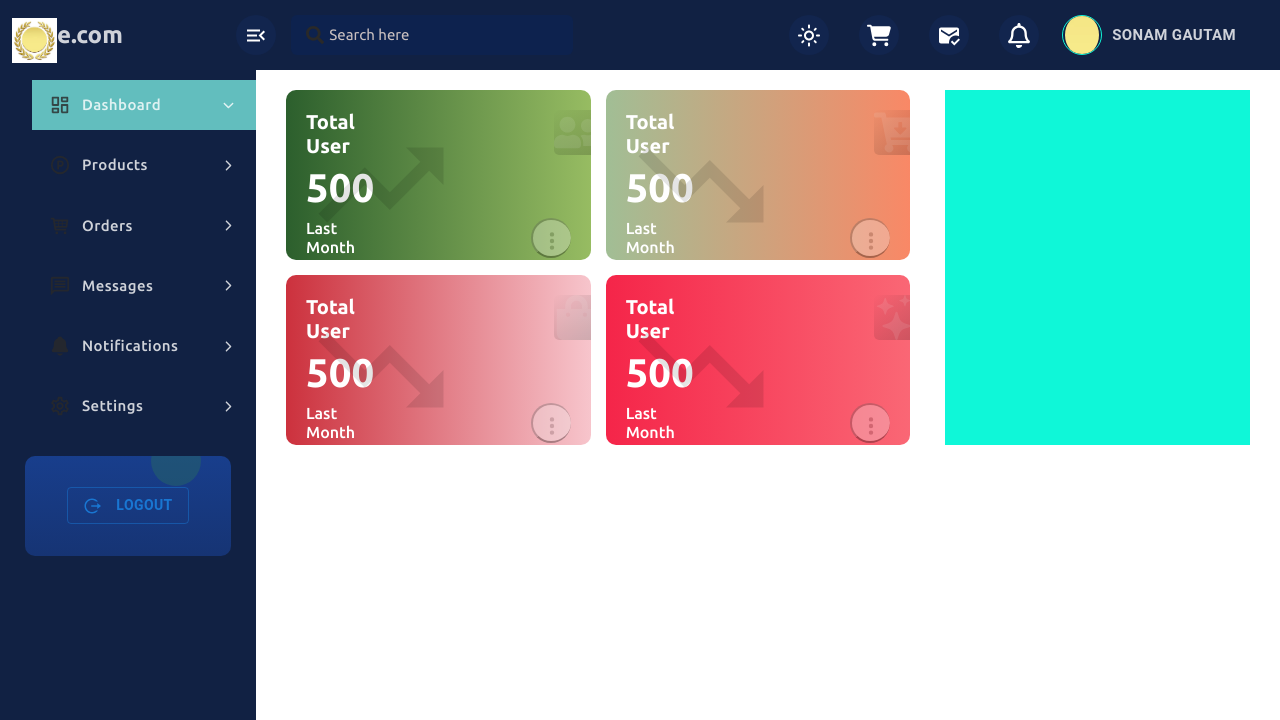
Repository: gautamsonam011/admin-react-dashboard
Page: /, after clicking the first element matching `div.col-sm-7 > button`
An editor plug-in stored every save of this project. The page is shown before and after the next save, followed by the edit.
The browser window is 1280 px wide. The pictures show the whole page.
The project was rebuilt for these pictures with package versions that can differ from the ones it lists, and the page was loaded fresh each time. Also part of the build but not shown: src/pages/Login/index.jsx, src/pages/SignUp/index.jsx.

Above is the page before, as saved 2025-04-28 23:25:43.

After the next save:
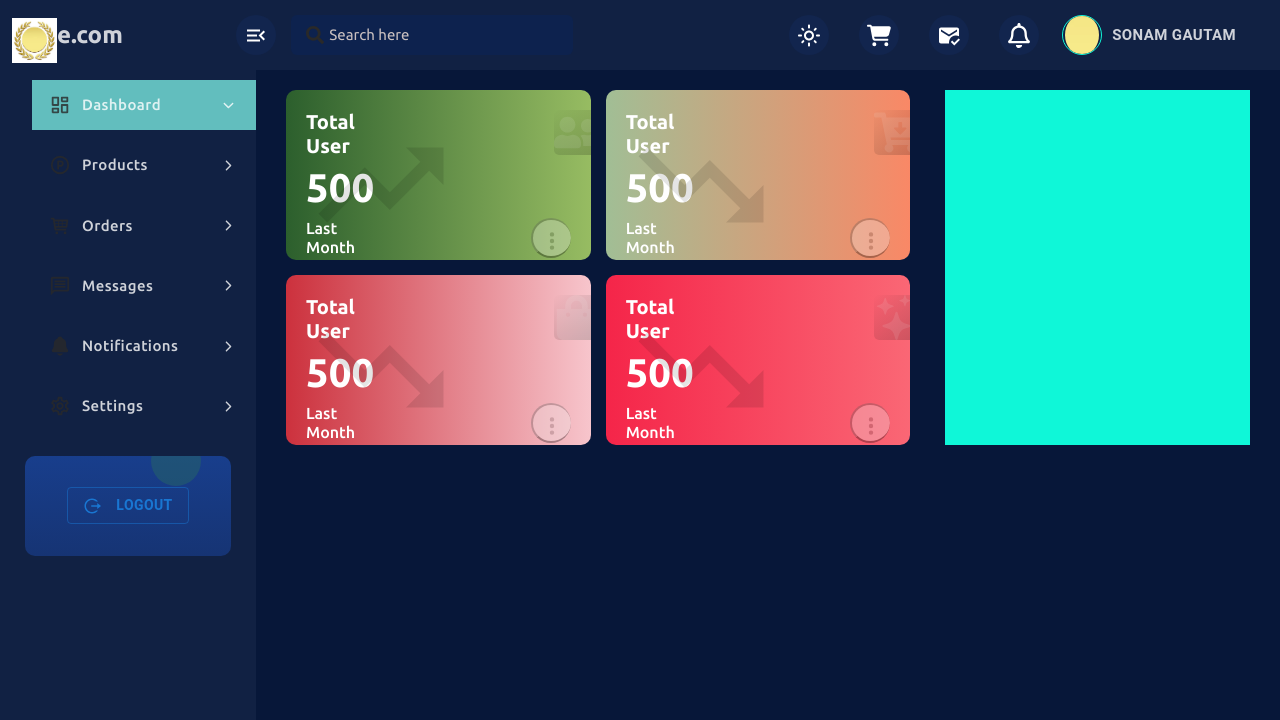
Saved 105 s later.
--- a/src/App.css
+++ b/src/App.css
@@ -5,6 +5,7 @@ body{
   background-color: #f4f8f7;
 
 }
+body.dark{background: #071739;}
 
 header{
   width:100%;
